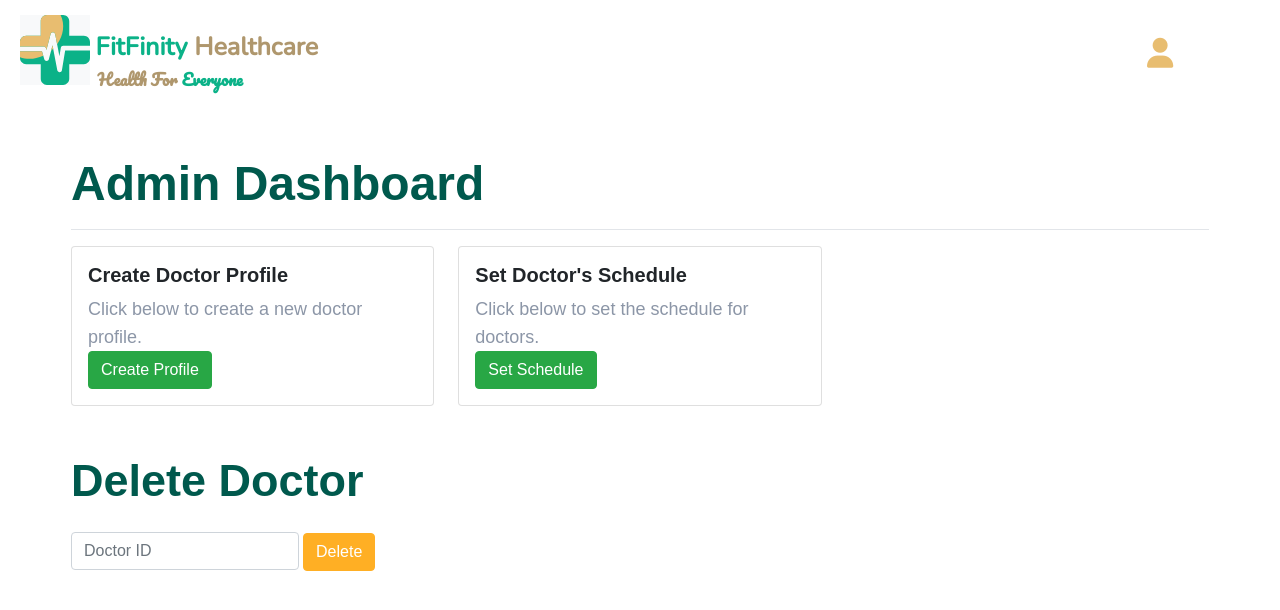
Repository: theonlymono/FitfinityHealthcareWebsiteJ2EE
Page: http://localhost/Fitfinity/adminDashboard.jsp
An editor plug-in stored every save of this project. The page is shown before and after the next save, followed by the edit.
The browser window is 1280 px wide. The pictures show the whole page.
Some web fonts or font styles are not loaded; a fallback is used. The page is served by Tomcat 9.

Above is the page before, as saved 2024-03-03 11:41:49.
Console error (its wording comes from the project's code and is left out).

After the next save:
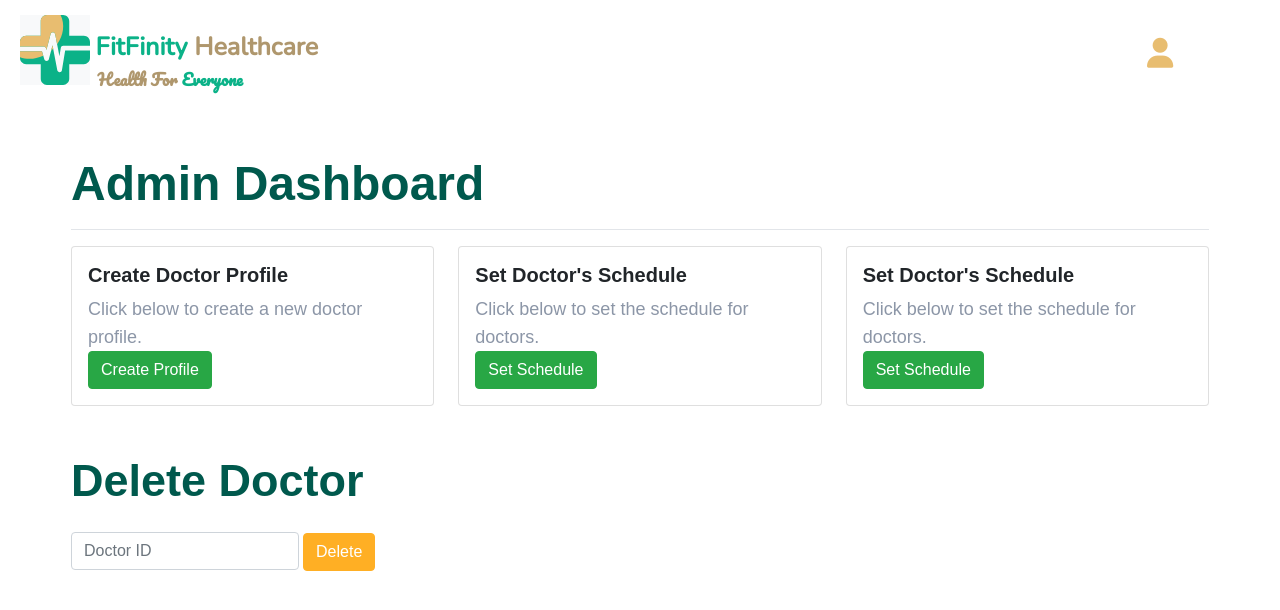
Saved 8 s later.
--- a/fitfinity/Fitfinity/WebContent/adminDashboard.jsp
+++ b/fitfinity/Fitfinity/WebContent/adminDashboard.jsp
@@ -165,6 +165,19 @@
         </div>
       </div>
     </div>
+        <div class="col-md-4">
+      <div class="card">
+        <div class="card-body">
+          <h5 class="card-title">Set Doctor's Schedule</h5>
+          <p class="card-text">
+            Click below to set the schedule for doctors.
+          </p>
+          <a href="./DrSchedule.jsp" class="btn btn-success"
+            >Set Schedule</a
+          >
+        </div>
+      </div>
+    </div>
   </div>
 </div>
 
